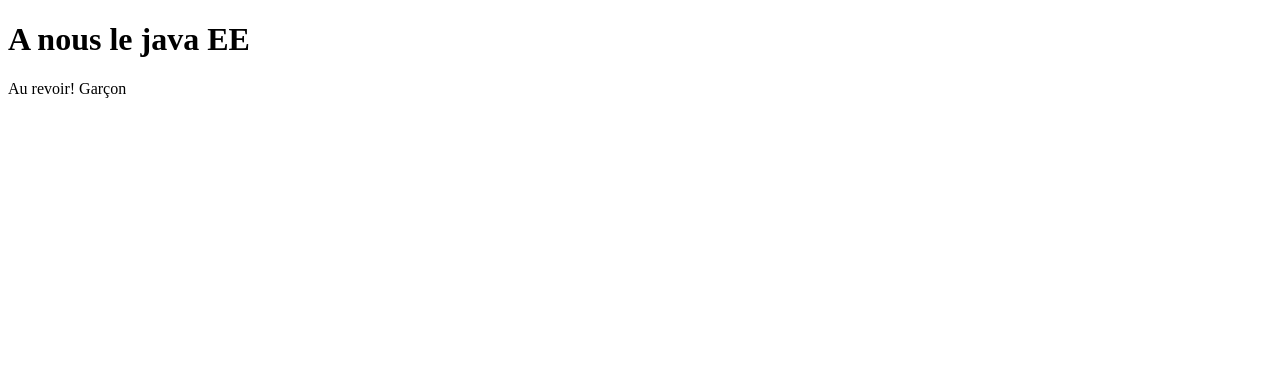
Repository: ibnadam2010/eclipse-workspace
Page: http://localhost/test/Test
An editor plug-in stored every save of this project. The page is shown before and after the next save, followed by the edit.
The browser window is 1280 px wide. The pictures show the whole page.
The page is served by Tomcat 9. Other server files are loaded and not shown.

Above is the page before, as saved 2020-11-26 17:49:24.

### test/WebContent/WEB-INF/bonjour.jsp
<%@ page language="java" contentType="text/html; charset=UTF-8"
    pageEncoding="UTF-8"%>
<!DOCTYPE html>
<html>
<head>
<meta charset="ISO-8859-1">
<title>Salut</title>
</head>
<body>
<h1>A nous le java EE</h1>

<p>
	<%
	  String variable = (String) request.getAttribute("variable");
	out.println(variable);
	%>
</p>
<span>
<% for(int i = 0;i<11;i++){
	//out.println("index :"+i+"<br />");
	if (i % 2!=0){
		System.out.println("index:"+i+" est impair"+"<br />");
	}else{
		System.out.println("index :"+i+" est pair"+"<br />");
		System.out.println("kll");
	}
} %>
</span>
</body>
</html>

### test/src/com/octest/servlets/Test.java
package com.octest.servlets;

import java.io.IOException;
import javax.servlet.ServletException;
import javax.servlet.annotation.WebServlet;
import javax.servlet.http.HttpServlet;
import javax.servlet.http.HttpServletRequest;
import javax.servlet.http.HttpServletResponse;


@WebServlet("/Test")
public class Test extends HttpServlet {
	private static final long serialVersionUID = 1L;


    public Test() {
        super();
        // TODO Auto-generated constructor stub
    }


	protected void doGet(HttpServletRequest request, HttpServletResponse response) throws ServletException, IOException {
		// TODO Auto-generated method stub
		String message = "Au revoir! Garçon" ;
		request.setAttribute("variable", message);
		this.getServletContext().getRequestDispatcher("/WEB-INF/bonjour.jsp").forward(request, response);
	}


	protected void doPost(HttpServletRequest request, HttpServletResponse response) throws ServletException, IOException {
		// TODO Auto-generated method stub

	}

}

After the next save:
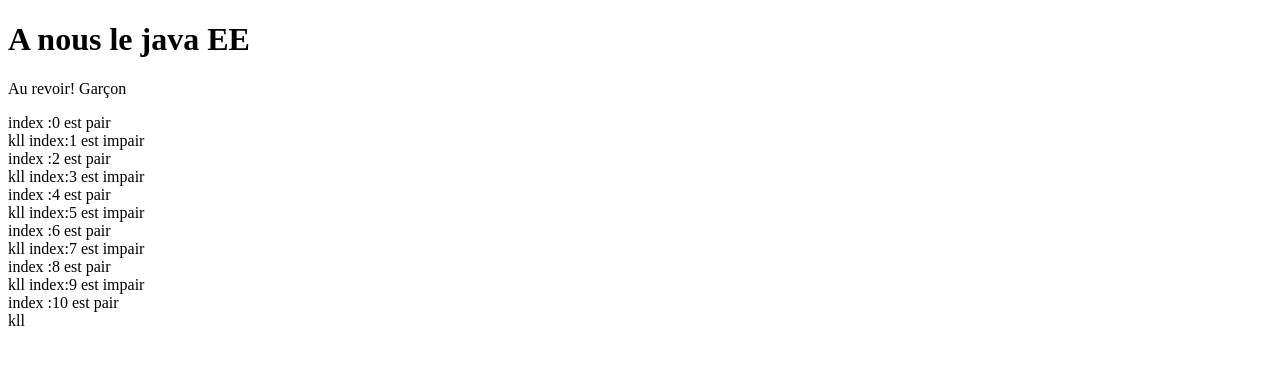
Saved 25 s later.
--- a/test/WebContent/WEB-INF/bonjour.jsp
+++ b/test/WebContent/WEB-INF/bonjour.jsp
@@ -19,10 +19,10 @@
 <% for(int i = 0;i<11;i++){
 	//out.println("index :"+i+"<br />");
 	if (i % 2!=0){
-		System.out.println("index:"+i+" est impair"+"<br />");
+		out.println("index:"+i+" est impair"+"<br />");
 	}else{
-		System.out.println("index :"+i+" est pair"+"<br />");
-		System.out.println("kll");
+		out.println("index :"+i+" est pair"+"<br />");
+		out.println("kll");
 	}
 } %>
 </span>
